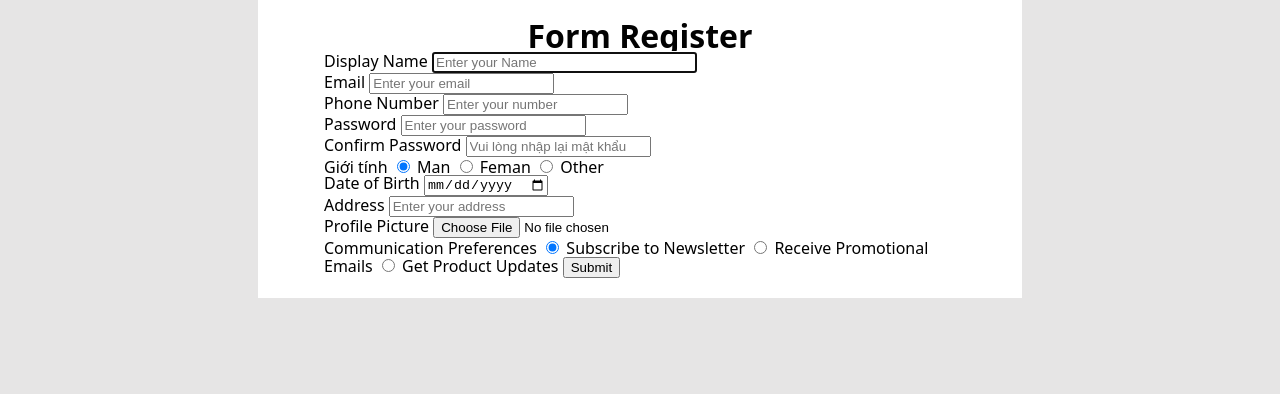
Repository: lannguyen1301/f8-zoom-day-4
Page: form.html
The author's editor kept a copy of each file at every save. The page is drawn from the files as they stood at one save, then again after the next save.
The browser window is 1280 px wide. The pictures show the whole page.

Above is the page before, as saved 2025-04-19 22:38:33.

After the next save:
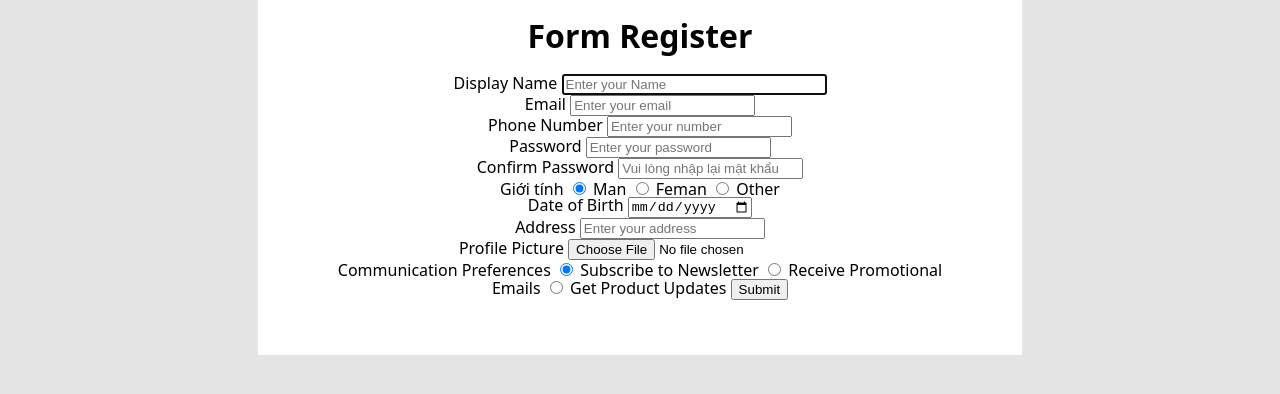
Saved 5 s later.
--- a/form.html
+++ b/form.html
@@ -13,12 +13,13 @@
 <body>
     <div class="content">
         <h1 class="title-desc">Form Register</h1>
-        <div class="">
+        <div class="top-desc">
             <form action="https://api-gateway.fullstack.edu.vn/action_page.php" method="post" autocomplete="off">
                 <div class="form-group">
                     <label for="name">Display Name</label>
-                    <input type="text" name="name" id="name" maxlength="20" minlength="5" pattern="[A-Za-z0-9]+" size="30"
-                        placeholder="Enter your Name" required autocomplete="on" spellcheck="false" readonly autofocus>
+                    <input type="text" name="name" id="name" maxlength="20" minlength="5" pattern="[A-Za-z0-9]+"
+                        size="30" placeholder="Enter your Name" required autocomplete="on" spellcheck="false" readonly
+                        autofocus>
                 </div>
                 <div class="form-group">
                     <label for="email">Email</label>
@@ -34,9 +35,10 @@
                 </div>
                 <div class="form-group">
                     <label for="password">Password</label>
-                    <input type="password" name="password" id="password" placeholder="Enter your password" readonly required
-                        maxlength="20" minlength="8" pattern="(?=.*\d)(?=.*[a-z])(?=.*[A-Z])(?=.*[@#$%^&+=]).{8,}"
-                        autocomplete="current-password" autofocus spellcheck="false">
+                    <input type="password" name="password" id="password" placeholder="Enter your password" readonly
+                        required maxlength="20" minlength="8"
+                        pattern="(?=.*\d)(?=.*[a-z])(?=.*[A-Z])(?=.*[@#$%^&+=]).{8,}" autocomplete="current-password"
+                        autofocus spellcheck="false">
                 </div>
                 <div class="form-group">
                     <label for="confirm-password">Confirm Password</label>
